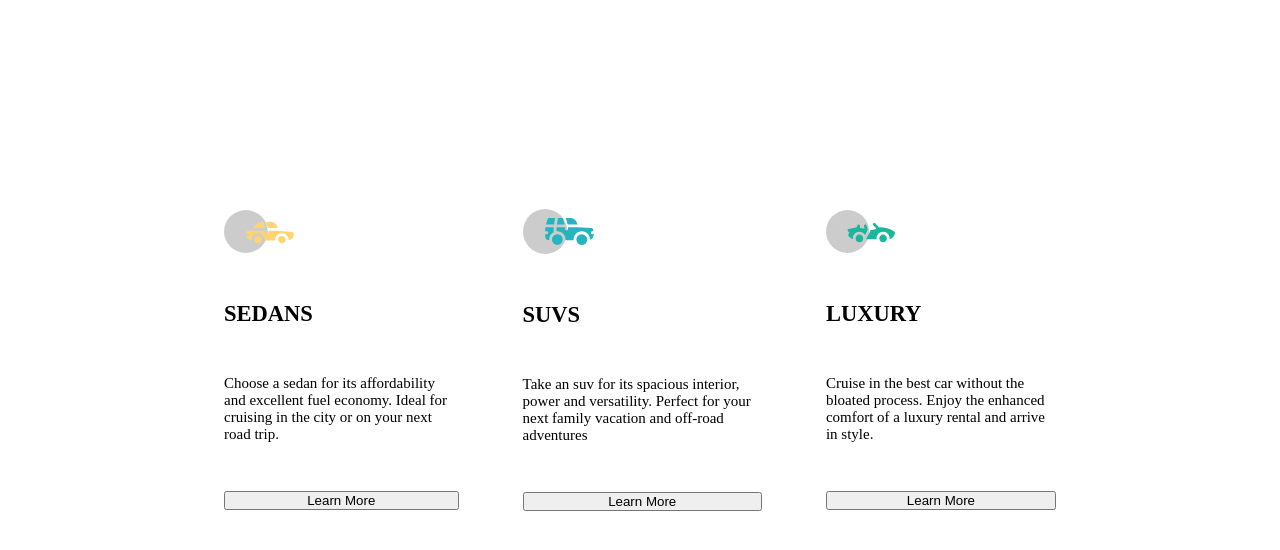
Repository: UnegbuAbigail/3-columns-cards
Page: index.html
These files come from the project's save history. The page is drawn as it stood at one moment and after the next save; the edit follows.
The browser window is 1280 px wide. The pictures show the whole page.

Above is the page before, as saved 2024-08-03 14:24:31.

After the next save:
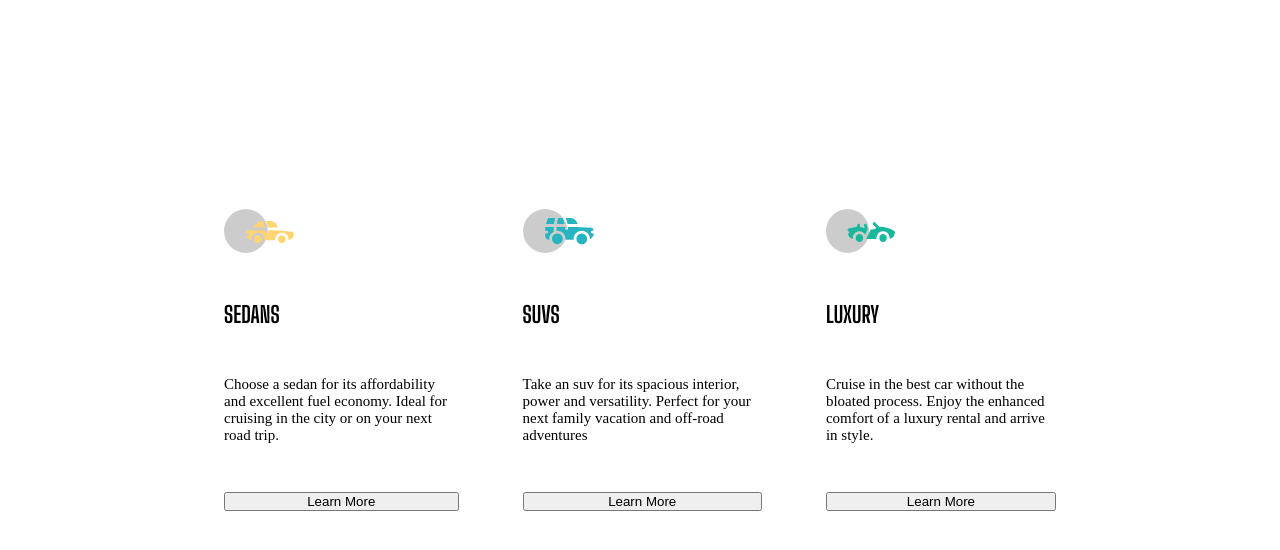
Saved 7 s later.
--- a/style.css
+++ b/style.css
@@ -59,5 +59,5 @@ img {
 }
 
 h2 {
-    font-family: var();
+    font-family: var(--ff-big-shoulders-display);
 }
